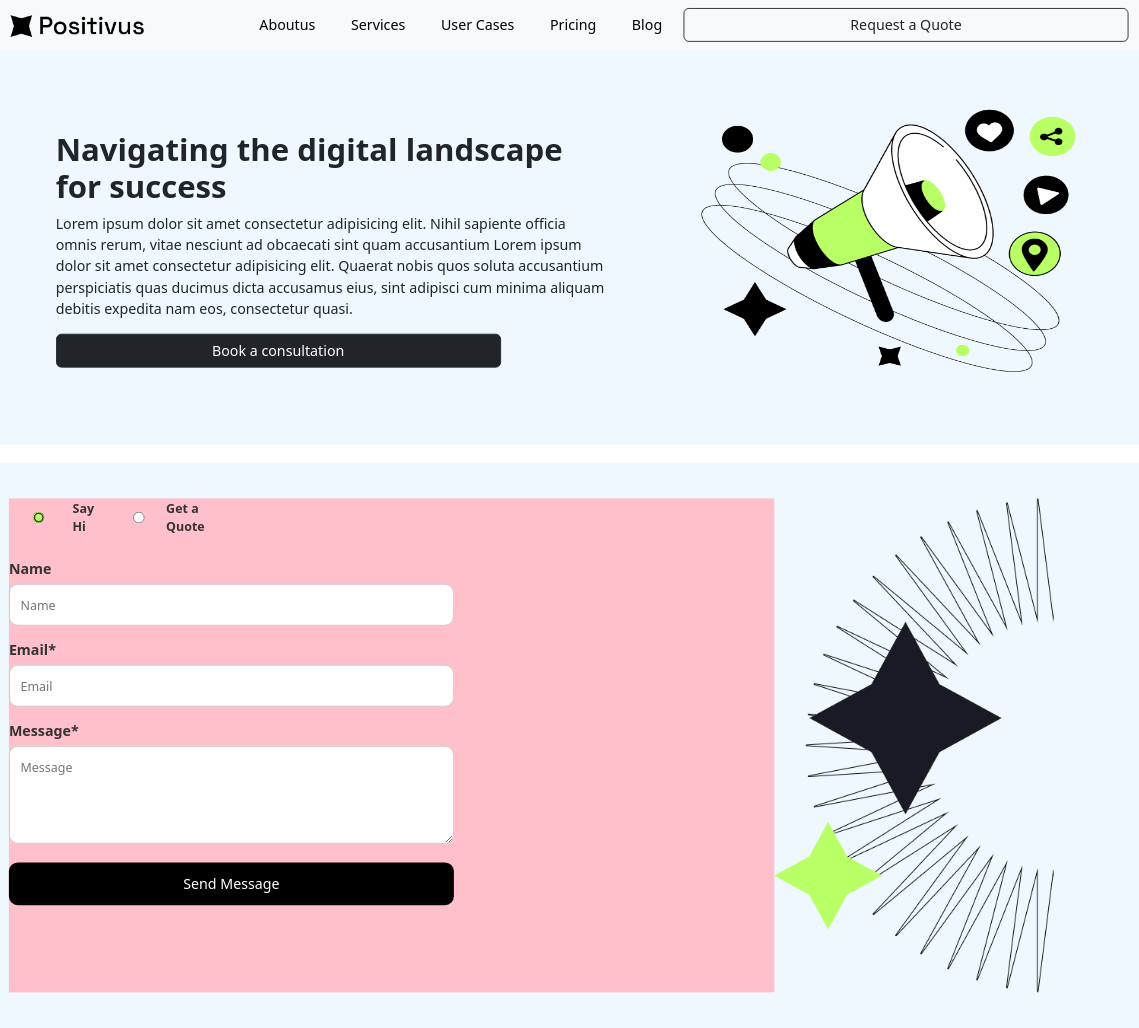
Repository: inshaabbas/CSS-Hackathon-SMIT
Page: index.html
These files come from the project's save history. The page is drawn as it stood at one moment and after a run of saves; the edit follows.
The browser window is 1280 px wide. The pictures show the whole page, at 89% of full size.

Above is the page before, as saved 2025-06-25 10:02:26.

After the next 4 saves:
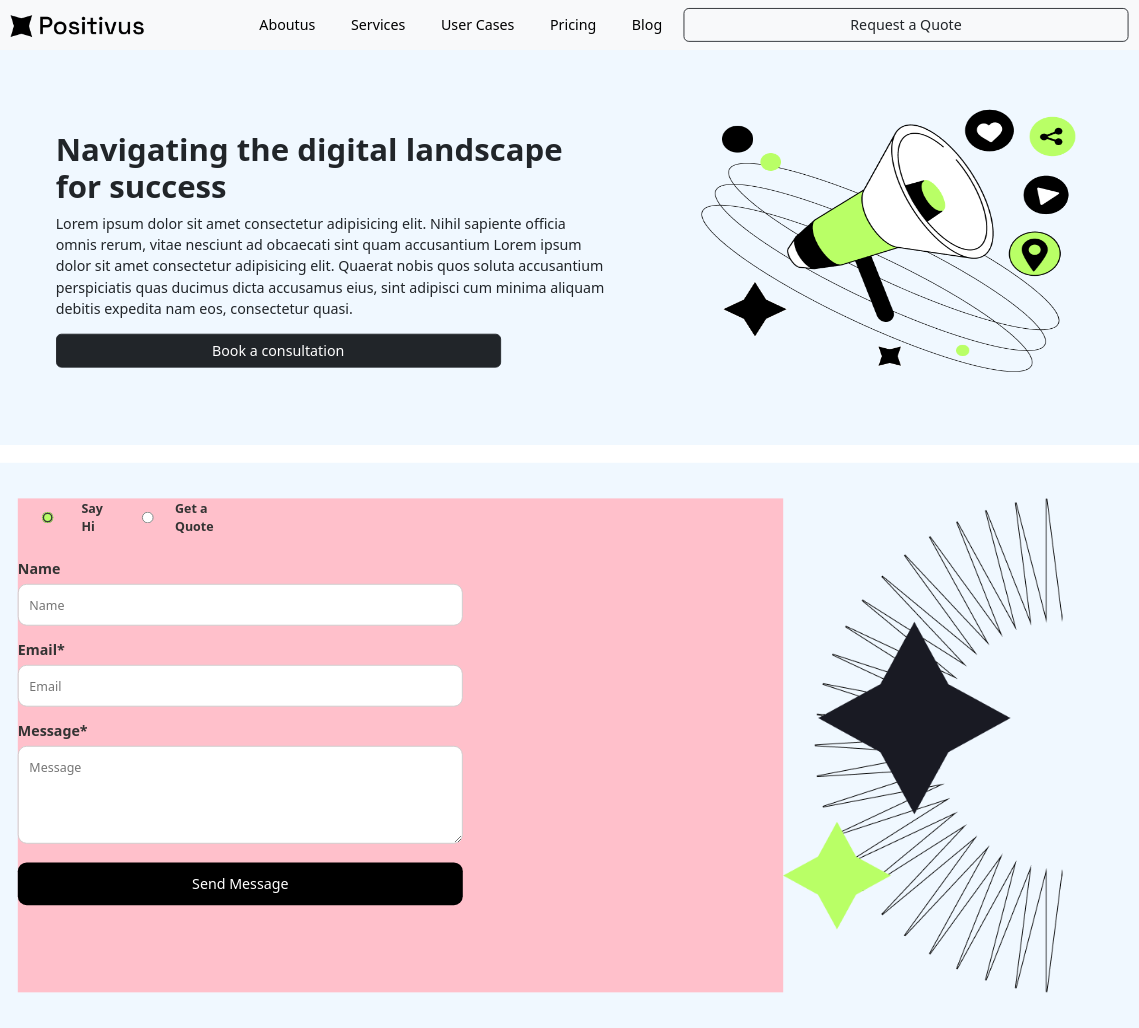
The 4 saves are shown as one change because they came seconds apart.
The last was saved 40 s later.
--- a/style.css
+++ b/style.css
@@ -58,7 +58,7 @@
     height: auto;
     background-color: aliceblue;
     margin-top: 20px;
-    padding: 40px 10px;
+    padding: 40px 0px 40px 20px
 }
 
 .contact-form{
